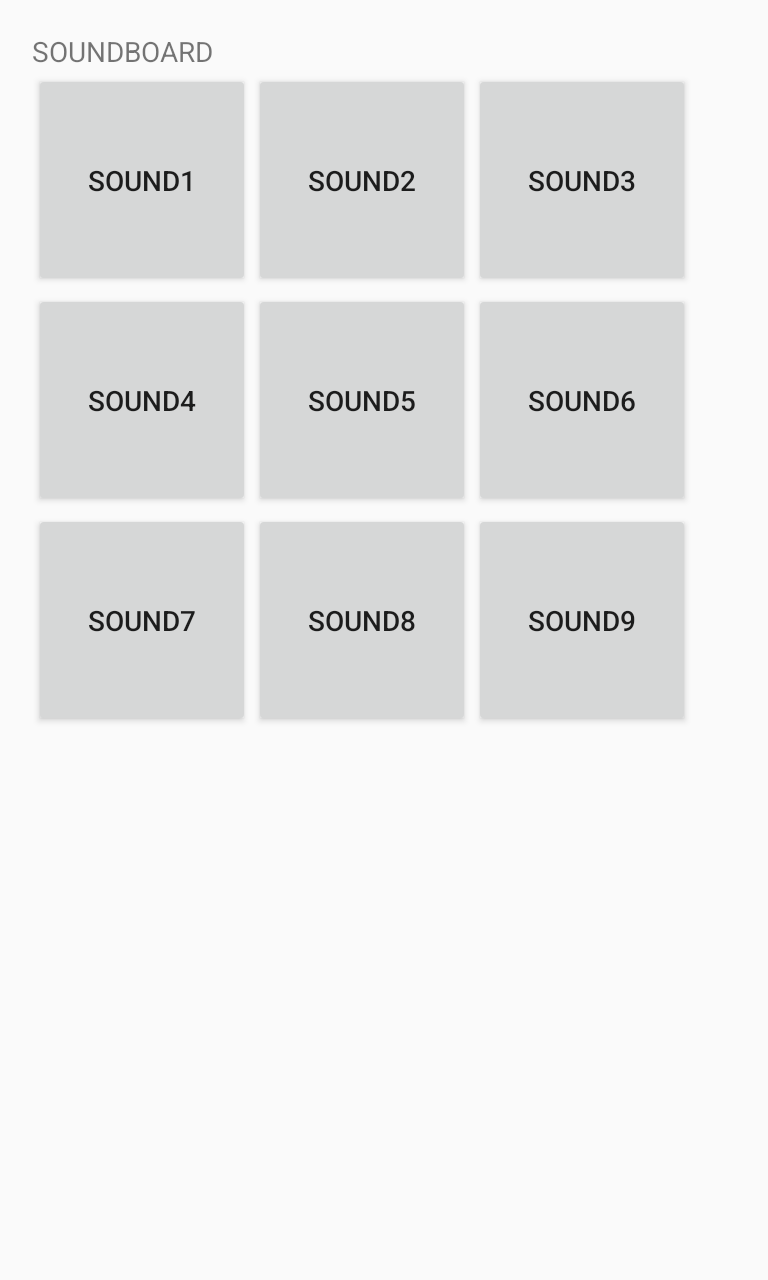
Repository: SoundBoardJAMJ/Project
Layout: workspace/soundtest/res/layout/fragment_main.xml
These files come from the project's save history. The layout is drawn as it stood at one moment and after the next save; the edit follows.
It is drawn on a 768 x 1280 px phone screen (xhdpi) without system bars, with theme AppTheme; the app's code is not run.

Above is the layout before, as saved 2014-04-29 00:06:16.

### workspace/soundtest/res/layout/fragment_main.xml
<ScrollView xmlns:android="http://schemas.android.com/apk/res/android"
xmlns:tools="http://schemas.android.com/tools"
android:layout_width="match_parent"
android:layout_height="match_parent" >
<RelativeLayout
    android:layout_width="match_parent"
    android:layout_height="469dp"
    android:paddingBottom="@dimen/activity_vertical_margin"
    android:paddingLeft="@dimen/activity_horizontal_margin"
    android:paddingRight="@dimen/activity_horizontal_margin"
    android:paddingTop="@dimen/activity_vertical_margin"
    tools:context="com.example.soundtest.MainActivity$PlaceholderFragment" >


    <TextView
        android:id="@+id/textView1"
        android:layout_width="wrap_content"
        android:layout_height="wrap_content"
        android:text="SOUNDBOARD" />

    <Button
        android:id="@+id/button1"
        android:layout_width="110dp"
        android:layout_height="110dp"
        android:layout_alignLeft="@+id/textView1"
        android:layout_below="@+id/textView1"
        android:onClick="ButtonOnClick"
        android:text="sound1" />

    <Button
        android:id="@+id/button3"
        android:layout_width="110dp"
        android:layout_height="110dp"
        android:layout_alignBaseline="@+id/button2"
        android:layout_alignBottom="@+id/button2"
        android:layout_toRightOf="@+id/button2"
        android:onClick="ButtonOnClick"
        android:text="sound3" />

    <Button
        android:id="@+id/button2"
        android:layout_width="110dp"
        android:layout_height="110dp"
        android:layout_alignBaseline="@+id/button1"
        android:layout_alignBottom="@+id/button1"
        android:layout_toRightOf="@+id/button1"
        android:onClick="ButtonOnClick"
        android:text="sound2" />

    <Button
        android:id="@+id/button8"
        android:layout_width="110dp"
        android:layout_height="110dp"
        android:layout_alignBaseline="@+id/button7"
        android:layout_alignBottom="@+id/button7"
        android:layout_toRightOf="@+id/button4"
        android:onClick="ButtonOnClick"
        android:text="sound8" />

    <Button
        android:id="@+id/button7"
        android:layout_width="110dp"
        android:layout_height="110dp"
        android:layout_below="@+id/button4"
        android:layout_toLeftOf="@+id/button8"
        android:onClick="ButtonOnClick"
        android:text="sound7" />

    <Button
        android:id="@+id/button4"
        android:layout_width="110dp"
        android:layout_height="110dp"
        android:layout_alignLeft="@+id/button1"
        android:layout_below="@+id/button1"
        android:onClick="ButtonOnClick"
        android:text="sound4" />

    <Button
        android:id="@+id/button6"
        android:layout_width="110dp"
        android:layout_height="110dp"
        android:layout_alignBaseline="@+id/button5"
        android:layout_alignBottom="@+id/button5"
        android:layout_toRightOf="@+id/button5"
        android:onClick="ButtonOnClick"
        android:text="sound6" />

    <Button
        android:id="@+id/button9"
        android:layout_width="110dp"
        android:layout_height="110dp"
        android:layout_alignBaseline="@+id/button8"
        android:layout_alignBottom="@+id/button8"
        android:layout_alignLeft="@+id/button6"
        android:text="sound9" />

    <Button
        android:id="@+id/button5"
        android:layout_width="110dp"
        android:layout_height="110dp"
        android:layout_below="@+id/button1"
        android:layout_toRightOf="@+id/button1"
        android:onClick="ButtonOnClick"
        android:text="sound5" />

</RelativeLayout>
</ScrollView>

Loaded but not shown: workspace/soundtest/res/values/styles.xml (common file); workspace/soundtest/res/values-v11/styles.xml (common file); workspace/soundtest/res/values-v14/styles.xml (common file); workspace/soundtest/res/values/dimens.xml (common file); workspace/soundtest/res/values-w820dp/dimens.xml (common file)

After the next save:
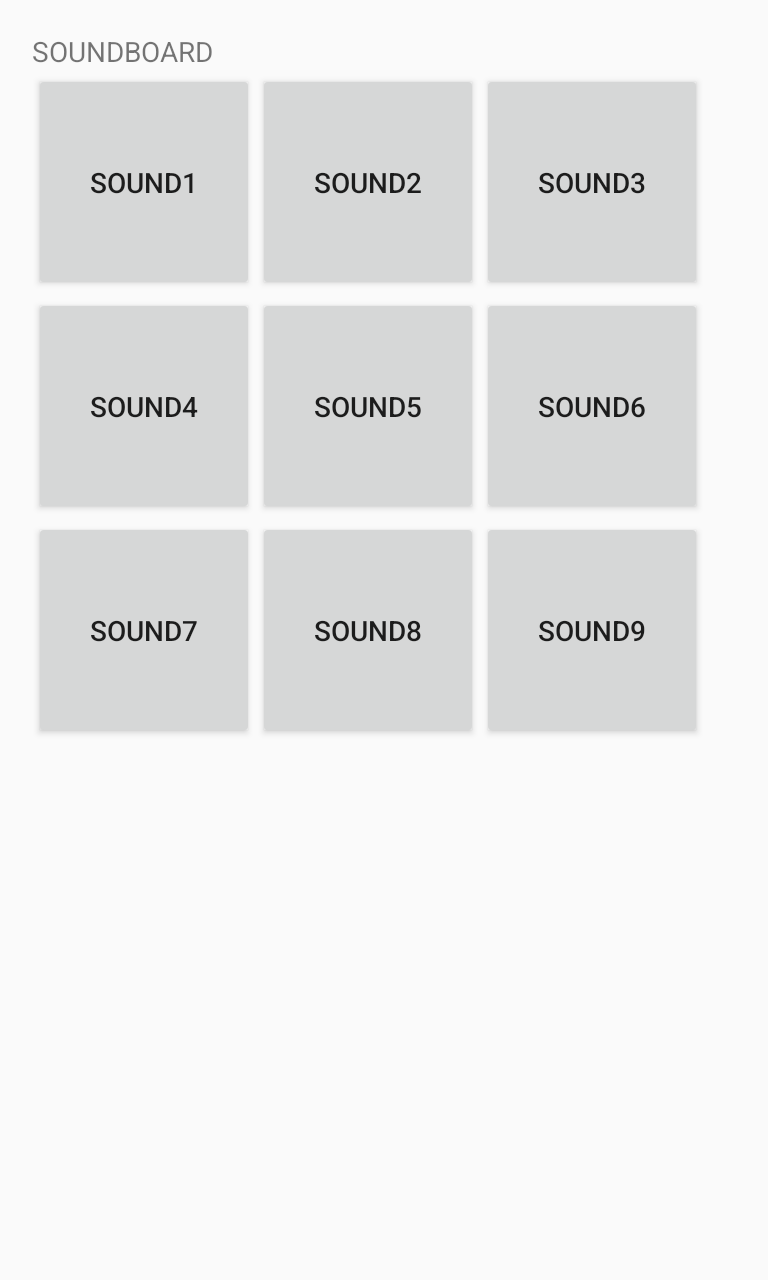
Saved 81 min 40 s later.
--- a/workspace/soundtest/res/layout/fragment_main.xml
+++ b/workspace/soundtest/res/layout/fragment_main.xml
@@ -20,8 +20,8 @@ android:layout_height="match_parent" >
 
     <Button
         android:id="@+id/button1"
-        android:layout_width="110dp"
-        android:layout_height="110dp"
+        android:layout_width="112dp"
+        android:layout_height="112dp"
         android:layout_alignLeft="@+id/textView1"
         android:layout_below="@+id/textView1"
         android:onClick="ButtonOnClick"
@@ -29,8 +29,8 @@ android:layout_height="match_parent" >
 
     <Button
         android:id="@+id/button3"
-        android:layout_width="110dp"
-        android:layout_height="110dp"
+        android:layout_width="112dp"
+        android:layout_height="112dp"
         android:layout_alignBaseline="@+id/button2"
         android:layout_alignBottom="@+id/button2"
         android:layout_toRightOf="@+id/button2"
@@ -39,8 +39,8 @@ android:layout_height="match_parent" >
 
     <Button
         android:id="@+id/button2"
-        android:layout_width="110dp"
-        android:layout_height="110dp"
+        android:layout_width="112dp"
+        android:layout_height="112dp"
         android:layout_alignBaseline="@+id/button1"
         android:layout_alignBottom="@+id/button1"
         android:layout_toRightOf="@+id/button1"
@@ -49,8 +49,8 @@ android:layout_height="match_parent" >
 
     <Button
         android:id="@+id/button8"
-        android:layout_width="110dp"
-        android:layout_height="110dp"
+        android:layout_width="112dp"
+        android:layout_height="112dp"
         android:layout_alignBaseline="@+id/button7"
         android:layout_alignBottom="@+id/button7"
         android:layout_toRightOf="@+id/button4"
@@ -59,8 +59,8 @@ android:layout_height="match_parent" >
 
     <Button
         android:id="@+id/button7"
-        android:layout_width="110dp"
-        android:layout_height="110dp"
+        android:layout_width="112dp"
+        android:layout_height="112dp"
         android:layout_below="@+id/button4"
         android:layout_toLeftOf="@+id/button8"
         android:onClick="ButtonOnClick"
@@ -68,8 +68,8 @@ android:layout_height="match_parent" >
 
     <Button
         android:id="@+id/button4"
-        android:layout_width="110dp"
-        android:layout_height="110dp"
+        android:layout_width="112dp"
+        android:layout_height="112dp"
         android:layout_alignLeft="@+id/button1"
         android:layout_below="@+id/button1"
         android:onClick="ButtonOnClick"
@@ -77,8 +77,8 @@ android:layout_height="match_parent" >
 
     <Button
         android:id="@+id/button6"
-        android:layout_width="110dp"
-        android:layout_height="110dp"
+        android:layout_width="112dp"
+        android:layout_height="112dp"
         android:layout_alignBaseline="@+id/button5"
         android:layout_alignBottom="@+id/button5"
         android:layout_toRightOf="@+id/button5"
@@ -87,8 +87,8 @@ android:layout_height="match_parent" >
 
     <Button
         android:id="@+id/button9"
-        android:layout_width="110dp"
-        android:layout_height="110dp"
+        android:layout_width="112dp"
+        android:layout_height="112dp"
         android:layout_alignBaseline="@+id/button8"
         android:layout_alignBottom="@+id/button8"
         android:layout_alignLeft="@+id/button6"
@@ -96,8 +96,8 @@ android:layout_height="match_parent" >
 
     <Button
         android:id="@+id/button5"
-        android:layout_width="110dp"
-        android:layout_height="110dp"
+        android:layout_width="112dp"
+        android:layout_height="112dp"
         android:layout_below="@+id/button1"
         android:layout_toRightOf="@+id/button1"
         android:onClick="ButtonOnClick"
